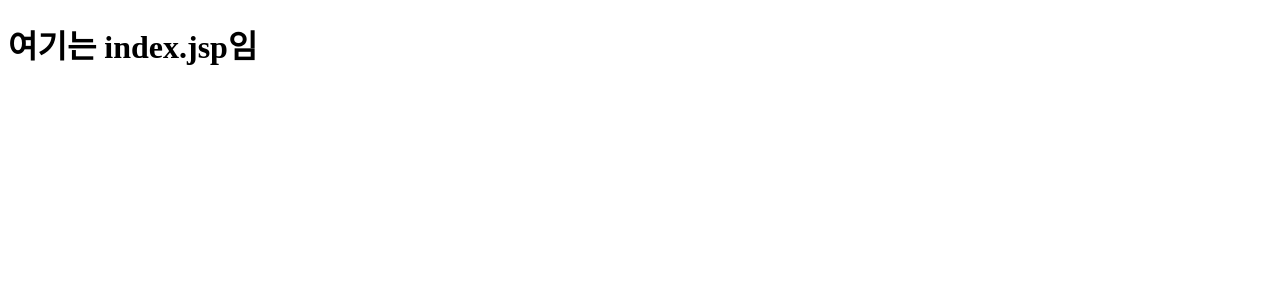
Repository: kimalbab/07_mybatis
Page: http://localhost/mybatisProject/
The author's editor kept a copy of each file at every save. The page is drawn from the files as they stood at one save, then again after the next save.
The browser window is 1280 px wide. The pictures show the whole page.
The page is served by Tomcat 9.

Above is the page before, as saved 2022-08-12 05:21:02.

After the next save:
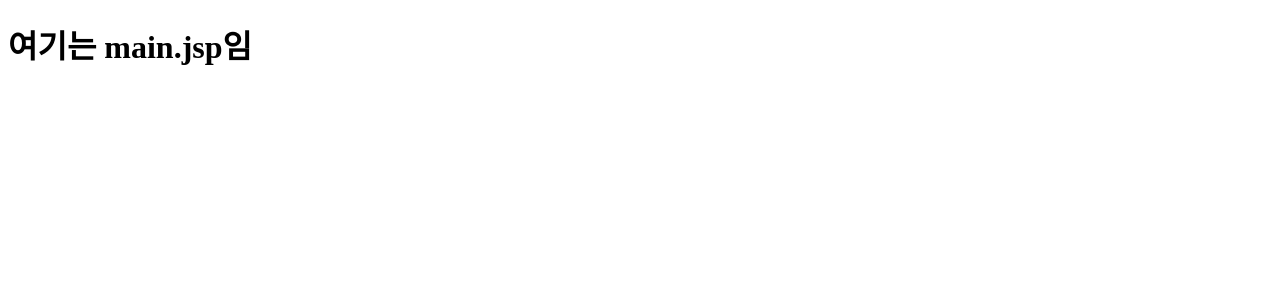
Saved 63 s later.
--- a/mybatisProject/src/main/webapp/index.jsp
+++ b/mybatisProject/src/main/webapp/index.jsp
@@ -9,5 +9,6 @@
 </head>
 <body>
 	<h1>여기는 index.jsp임</h1>
+	<jsp:forward page="WEB-INF/views/main.jsp"/>
 </body>
 </html>
